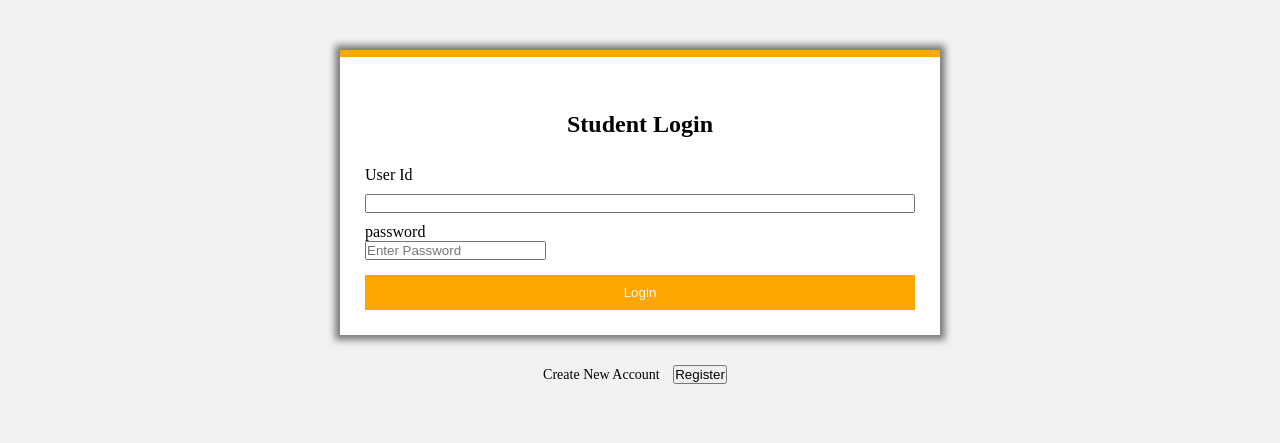
Repository: Sameer-0/workspace
Page: http://localhost/StudentCrud/views/login.jsp
These files come from the project's save history. The page is drawn as it stood at one moment and after the next save; the edit follows.
The browser window is 1280 px wide. The pictures show the whole page.
The page is served by Tomcat 9.

Above is the page before, as saved 2022-07-12 17:42:38.

After the next save:
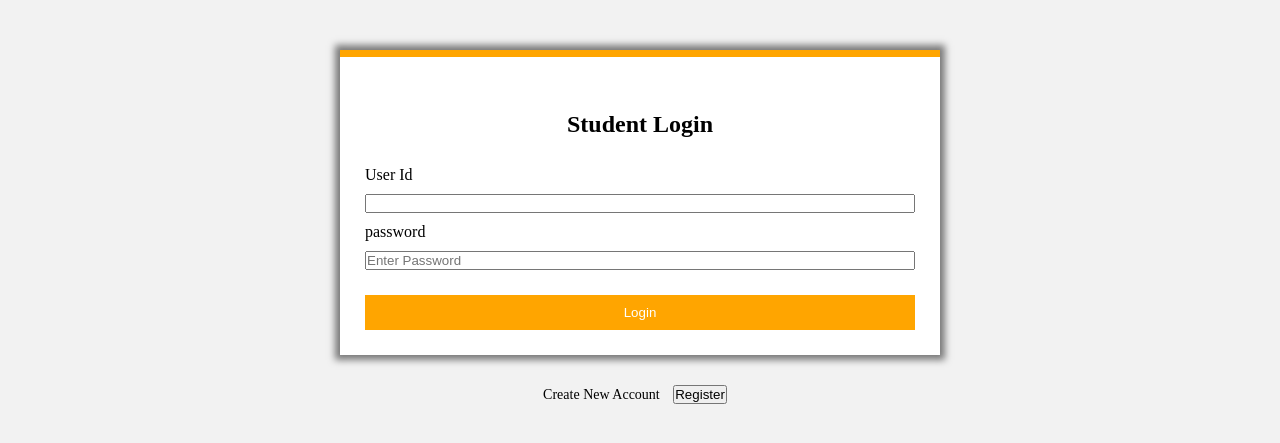
Saved 46 s later.
--- a/StudentCrud/src/main/webapp/views/login.jsp
+++ b/StudentCrud/src/main/webapp/views/login.jsp
@@ -23,7 +23,7 @@
 			<div class="input-name">
 				<label for="password">password</label>  <span id="password-message"
 					class="error"></span> <br><input type="text"
-					placeholder="Enter Password" id="password" class="login-password"
+					placeholder="Enter Password" id="password" class="password"
 					name="password">
 			</div>
 
